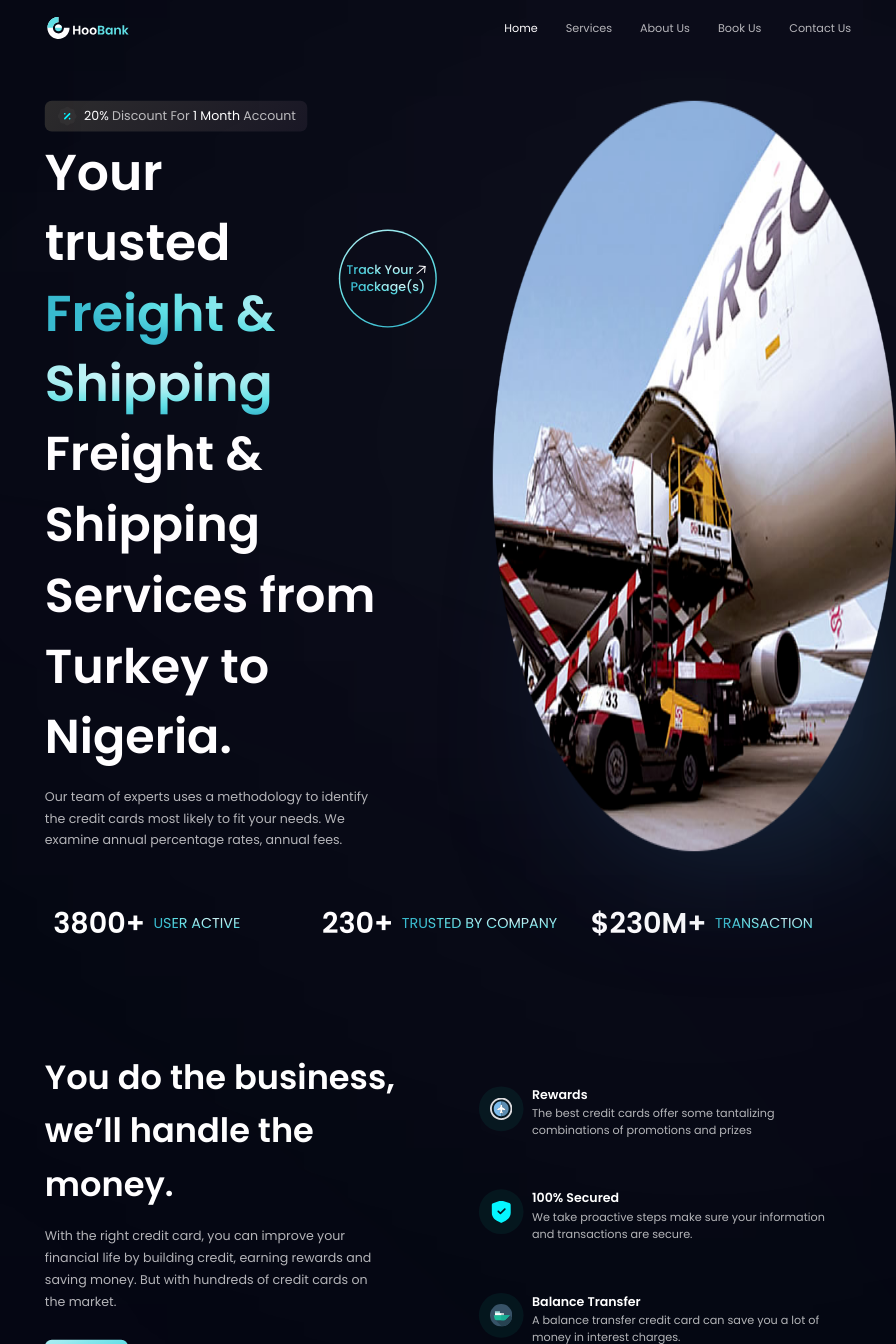
Repository: Miracleoluebube/captionlogistics
Page: /
An editor plug-in stored every save of this project. The page is shown before and after the next save, followed by the edit.
The browser window is 1280 px wide. The pictures show the part of the page from y = 0 to 1920 px (the page is 5519 px tall before and 5317 px after), at 70% of full size.
The project was rebuilt for these pictures with package versions that can differ from the ones it lists, and the page was loaded fresh each time. Also part of the build but not shown: vite.config.js.

Above is the page before, as saved 2022-10-01 11:42:37.

After the next save:
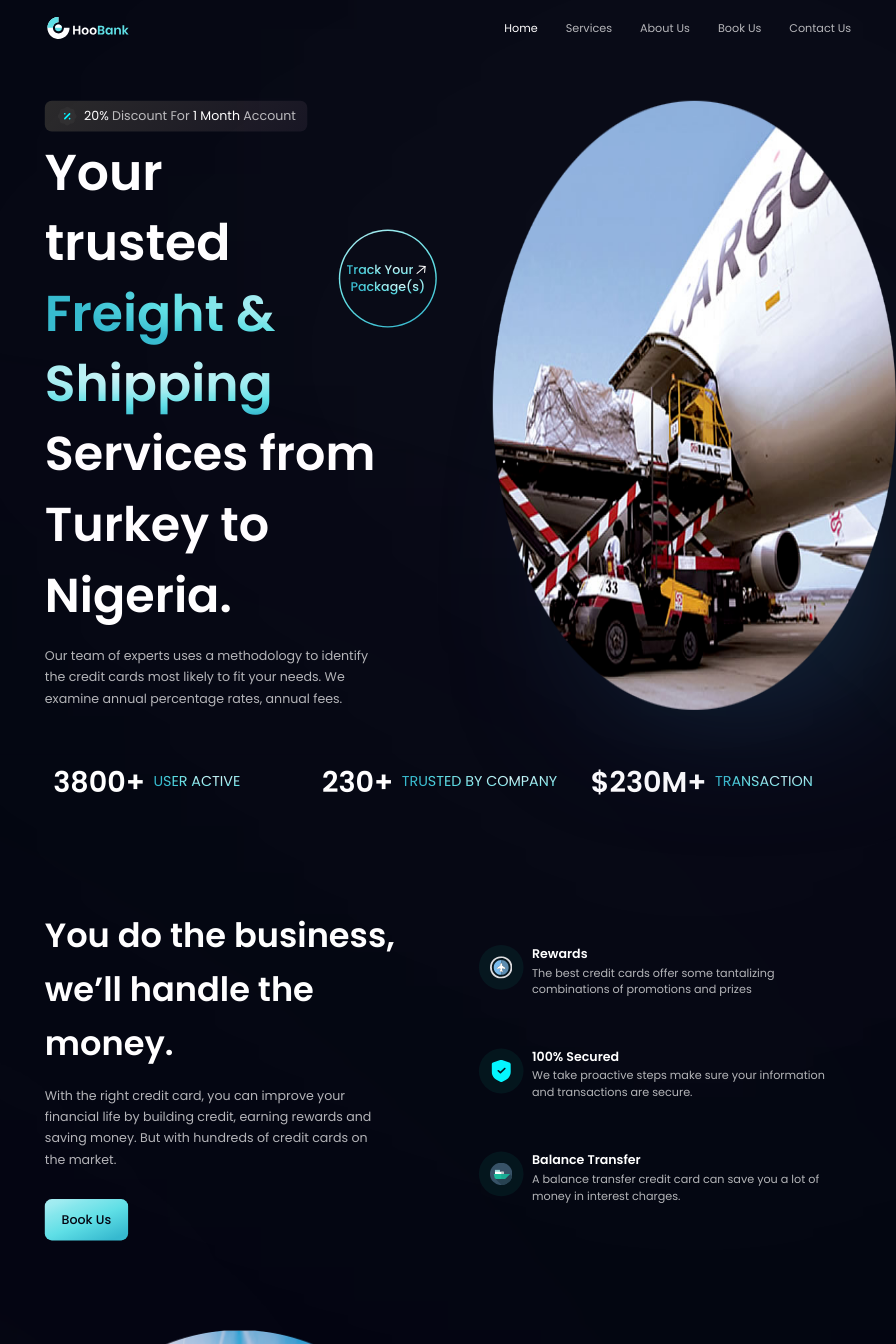
Saved 20 s later.
--- a/src/components/Hero.jsx
+++ b/src/components/Hero.jsx
@@ -25,7 +25,7 @@
         </div>
 
         <h1 className="font-poppins font-semibold ss:text-[68px] text-[52px] text-white ss:leading-[100.8px] leading-[75px] w-full">
-  Freight & Shipping Services from Turkey to Nigeria.
+   Services from Turkey to Nigeria.
         </h1>
         <p className={`${styles.paragraph} max-w-[470px] mt-5`}>
           Our team of experts uses a methodology to identify the credit cards
